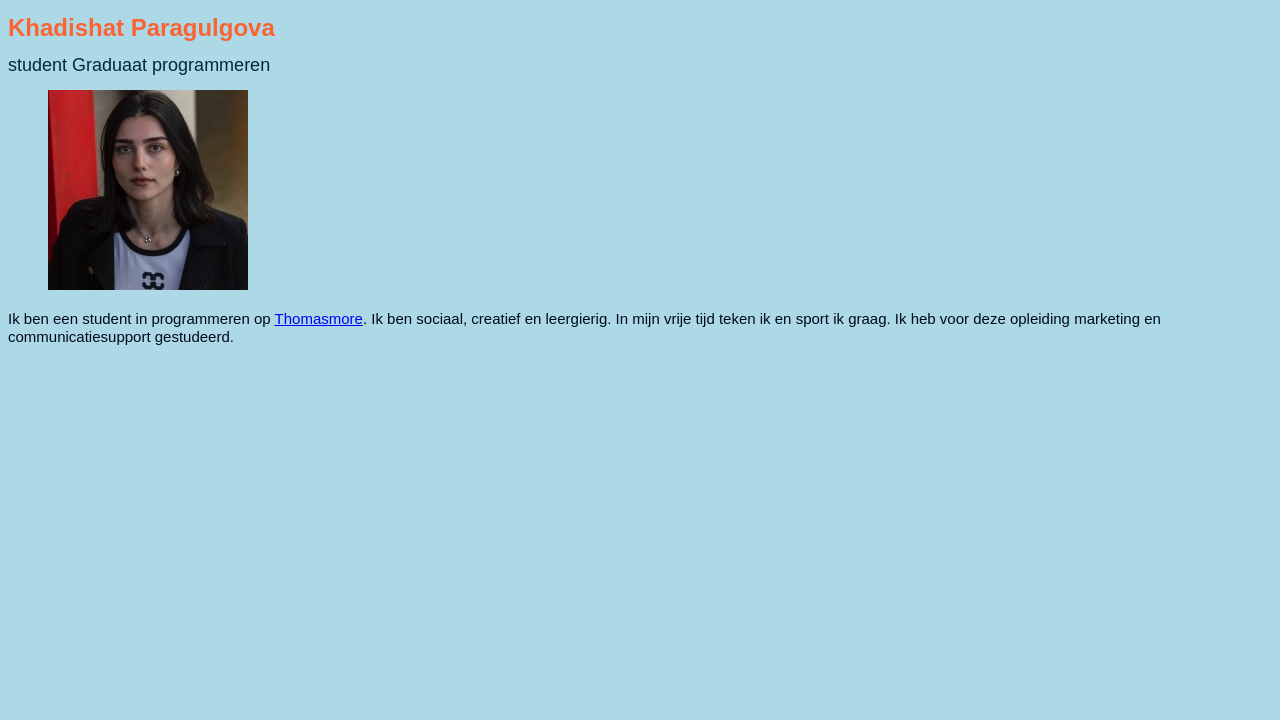
Repository: khadishat00/portfolio
Page: index.html
The author's editor kept a copy of each file at every save. The page is drawn from the files as they stood at one save, then again after the next save.
The browser window is 1280 px wide. The pictures show the whole page.

Above is the page before, as saved 2026-09-24 14:43:03.

### index.html
<!doctype html>
<html lang="en">
  <head>
    <meta charset="UTF-8" />
    <meta name="viewport" content="width=device-width, initial-scale=1.0" />
    <title>portfolio</title>
  </head>
  <style>
    html {
      font-family: Arial, sans-serif;
    }
    body{
        background-color: lightblue;
        max-width: ;
    }
    h1 {
      font-family: "Century Gothic", sans-serif;
      color: #fa6432;
      font-weight: bold;
      font-size: 24px;
      line-height: 24px;
    }
    h2 {
      font-family: "Century Gothic", sans-serif;
      color: #00283c;
      font-weight: normal;
      font-size: 18px;
      line-height: 18px;
    }
    p {
      font-family: Arial, sans-serif;
      color: #000a1e;
      font-size: 15px;
      line-height: 18px;
      font-weight: normal;
      padding: ;
    }

figure {
    display: block;
    margin-block-start: 1em;
    margin-block-end: 1em;
    margin-inline-start: 40px;
    margin-inline-end: 40px;
    unicode-bidi: isolate;
}

    img {
      max-width: 100%;
    }
  </style>
  <body>
    <h1>Khadishat Paragulgova</h1>
    <h2>student Graduaat programmeren</h2>
    <figure>
      <img src="profielfoto.jpg" alt="Mijn profielfoto" />
    </figure>
    <p>
      Ik ben een student in programmeren op
      <a href="https://thomasmore.be/nl">Thomasmore</a>. Ik ben sociaal,
      creatief en leergierig. In mijn vrije tijd teken ik en sport ik graag. Ik
      heb voor deze opleiding marketing en communicatiesupport gestudeerd.
    </p>
  </body>
</html>

After the next save:
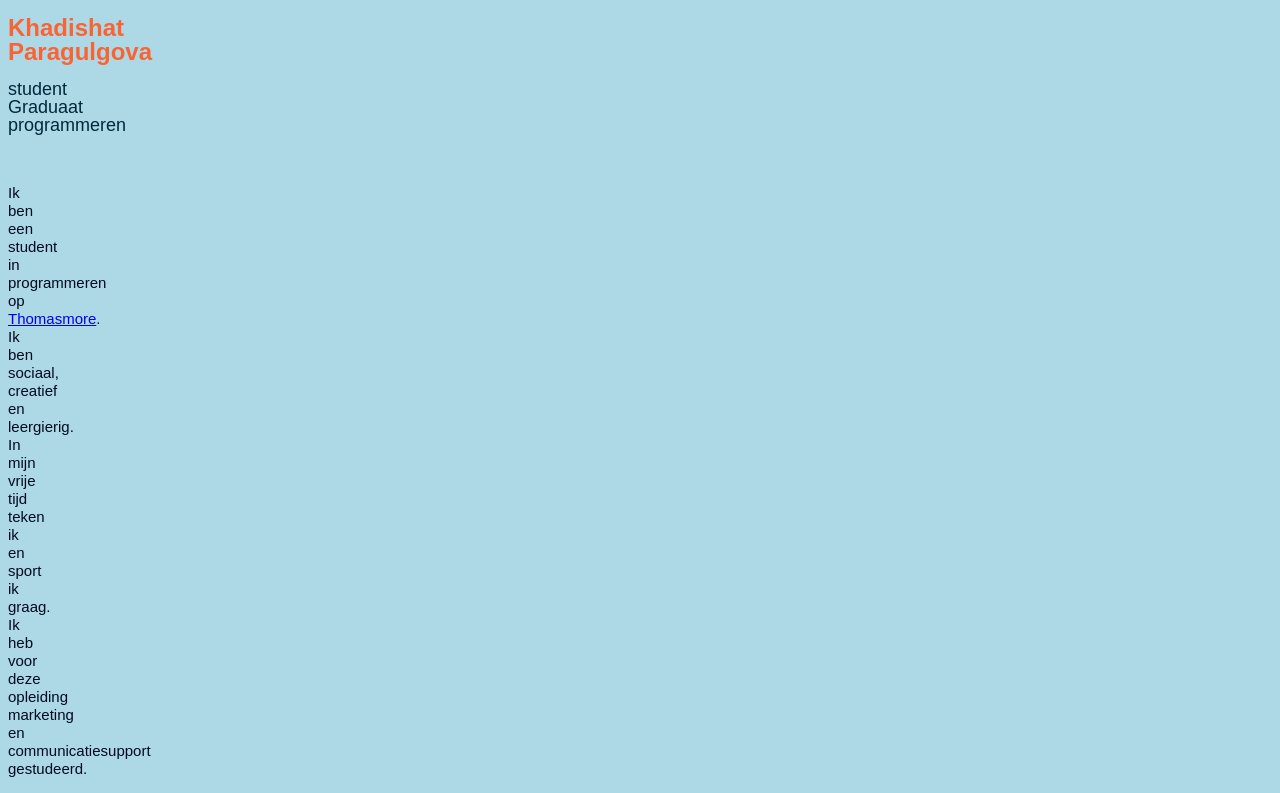
Saved 5 s later.
--- a/index.html
+++ b/index.html
@@ -11,7 +11,7 @@
     }
     body{
         background-color: lightblue;
-        max-width: ;
+        max-width: 1rem;
     }
     h1 {
       font-family: "Century Gothic", sans-serif;
